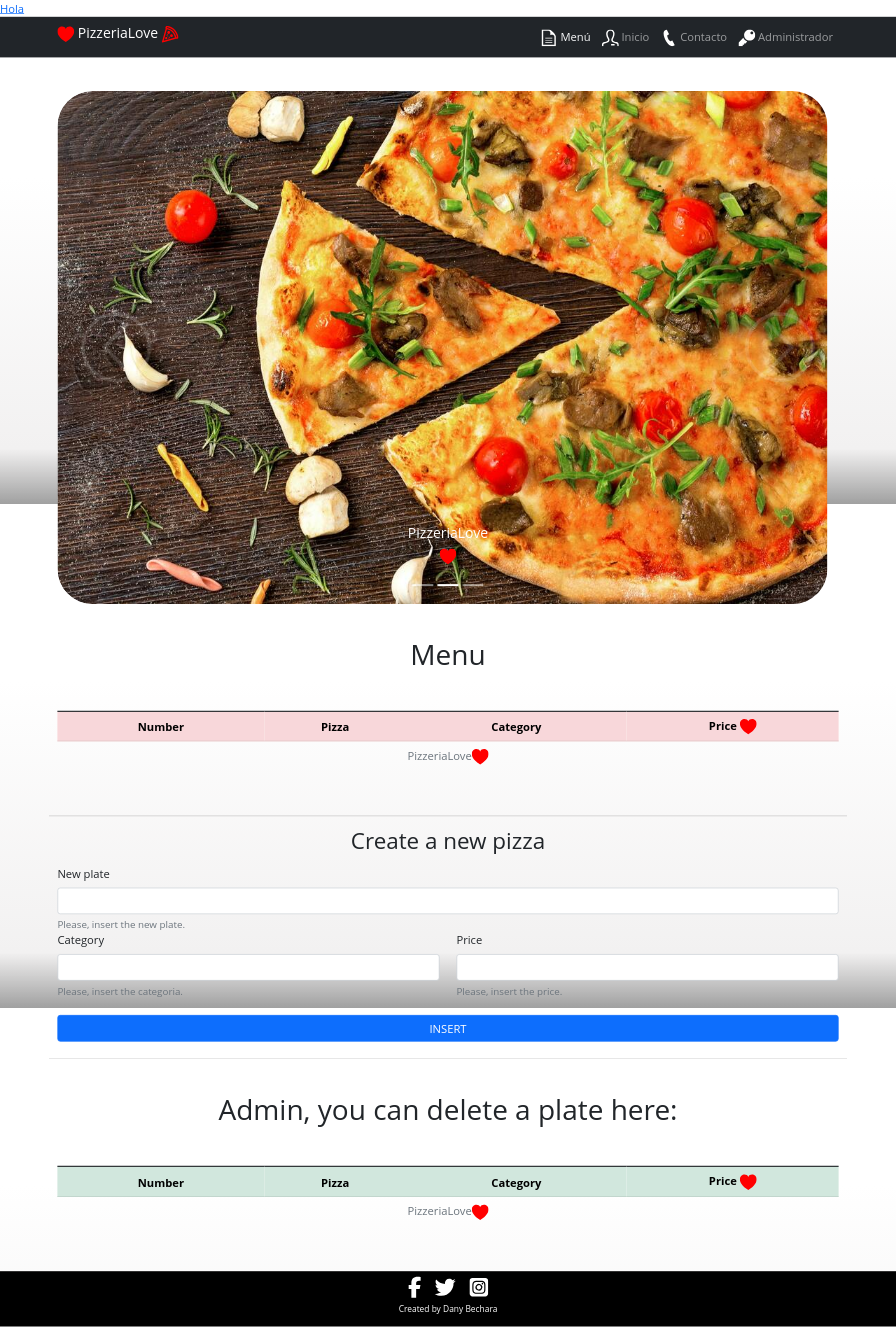
Repository: bechara611/PizzeriaLove
Page: /
The author's editor kept a copy of each file at every save. The page is drawn from the files as they stood at one save, then again after the next save.
The browser window is 1280 px wide. The pictures show the whole page, at 70% of full size.
The page's requests for data from a server got no answer. Backgrounds fixed to the window are drawn as part of the page. The project was rebuilt for these pictures with package versions that can differ from the ones it lists, and the page was loaded fresh each time. No one was signed in, and anything a server would have sent is missing. Also part of the build but not shown: src/App.css, src/App.js, src/Elementos/Alerta.js.

Above is the page before, as saved 2022-02-22 18:54:37.

### src/index.js
import React from 'react';
import ReactDOM from 'react-dom';
import './index.css';
import 'bootstrap/dist/css/bootstrap.css'
import 'bootstrap/dist/js/bootstrap.bundle.min';
import Header from './Componentes/Header';
import {BrowserRouter,Route, Routes,NavLink} from 'react-router-dom'
import {App,App2} from './App';
import WebFont from 'webfontloader'
import './index.css'
import Carousel from './Componentes/Carousel';
import Menu from './Componentes/Menu';
import Footer from './Componentes/Footer';
import { FormularioAgregarMenu } from './Componentes/FormularioAgregarMenu';

WebFont.load({
  google: {
    families: ['Open Sans:400,500,700', 'Sans-serif']
  }
});

const Index = () => {
  return (
  <BrowserRouter>
     <Header></Header>
     <Carousel></Carousel>
    <Routes>
    <Route path='/' element={<Menu />} ></Route>
    <Route path='/inicio' element={<Menu borrar={false} />} ></Route>
    </Routes>
    <FormularioAgregarMenu></FormularioAgregarMenu>
    <Footer></Footer>
    </BrowserRouter>
    );
}


ReactDOM.render(

  <Index />,
  document.getElementById('root')
);

### src/index.css
* {
  margin: 0;
  font-family:'Open Sans';
  /* Permalink - use to edit and share this gradient: https://colorzilla.com/gradient-editor/#ffffff+0,ffffff+100&1+0,0+100;White+to+Transparent */



}


body
{
  background: rgb(255,255,255);
  background: linear-gradient(180deg, rgba(255,255,255,1) 0%, rgba(255,255,255,1) 35%, rgba(242,241,241,1) 89%, rgba(10,10,10,0.38699229691876746) 100%);

  background-attachment:fixed;
}

### src/Componentes/Header.js
import {NavLink} from 'react-router-dom'
import styled from 'styled-components';
import { BotonTipoNavLink,BotonTipoNavLinkA } from '../Elementos/BotonTipoNavLink';
import {Pizza2,Administrador2,Inicio2,Menu2,Contacto2,Heart2}from '../Elementos/ImagenesSVG';
import {App,App2} from './../App';
import './Header.css'


const Header = () => {
    let url1,url2;
    url1="/inicio";
      return (
        <>
      <a href='#' className='color'>Hola</a>
        <nav className="navbar navbar-expand-sm navbar-dark bg-dark  header_nav">
        <div className="container contenedor1 ">
        <div className='hijo1_header'>
         <BotonTipoNavLink to={url1} className="navbar-brand"> <Heart2 / > PizzeriaLove <Pizza2></Pizza2></BotonTipoNavLink>



        </div>
      <div className='hijo2_header'>
        <button
        className="navbar-toggler mt-2"
        type="button"
        data-bs-toggle="collapse"
        data-bs-target="#menu"
        aria-controls="menu"
        aria-expanded="false"
        aria-label="Mostrar / Ocultar Menu"
      >
        <span className="navbar-toggler-icon"></span>
      </button>

      <div className="collapse navbar-collapse" id="menu">
      <ul className="navbar-nav me-auto mb-2 mb-lg-0 header_menu">
      <li className="nav-item opcion"><a href="#menuu" className="nav-link text-light  opcion"><Menu2></Menu2> Menú</a></li>
        <li className="nav-item"><BotonTipoNavLinkA to={url1} className="nav-link"><Inicio2/> Inicio</BotonTipoNavLinkA></li>
        <li className="nav-item"><BotonTipoNavLink to={url1} className="nav-link"> <Contacto2 /> Contacto</BotonTipoNavLink></li>
        <li className="nav-item"><BotonTipoNavLink to={url1} className="nav-link"> <Administrador2 /> Administrador</BotonTipoNavLink></li>
      </ul>

    </div>
    </div>
        </div>

      </nav>

      </>
       );
    }

    export default Header;

### src/Componentes/Carousel.js
import { Heart2 } from '../Elementos/ImagenesSVG'
import imagen1 from './../Imagenes/carousel1.jpg'
import imagen2 from './../Imagenes/carousel2.jpg'
import imagen3 from './../Imagenes/carousel3.jpg'
import './Carousel.css'
const Carousel = () => {
    return (

        <>
<section className="main">
  <div className="container">
    <div className="row mt-5">
      <div className="col">
        <div className="carousel slide carousel-fade" id="mi-carousel" data-bs-ride="carousel">
          <div className="carousel-inner">
            <div className="carousel-item active">
            <div className="carousel-caption">
            <h5>PizzeriaLove</h5>
            <p><Heart2></Heart2></p>
          </div>
              <img className="img-fluid" src={imagen1} alt='' />
            </div>

            <div className="carousel-item" data-bs-interval="5000">
              <div className="carousel-caption">
                <h5>PizzeriaLove</h5>
                <p><Heart2></Heart2></p>
              </div>
              <img className="img-fluid" src={imagen2}  alt=''/>
            </div>
            <div className="carousel-item">
            <div className="carousel-caption">
            <h5>PizzeriaLove</h5>
            <p><Heart2></Heart2></p>
          </div>
            <img className="img-fluid" src={imagen3} alt='' />
            </div>
          </div>



          <button
            className="carousel-control-prev botonprev"
            type="button"
            data-bs-target="#mi-carousel"
            data-bs-slide="prev"
          >
            <span className="carousel-control-prev-icon  icono" aria-hidden="true"></span>
            <span className="visually-hidden">Prev</span>
          </button>
          <button
            className="carousel-control-next"
            type="button"
            data-bs-target="#mi-carousel"
            data-bs-slide="next"
          >
            <span className="carousel-control-next-icon icono" aria-hidden="true"></span>
            <span className="visually-hidden">Next</span>
          </button>




          <div className="carousel-indicators">
            <button
              type="button"
              className="active"
              data-bs-target="#mi-carousel"
              data-bs-slide-to="0"
              aria-label="Slide 1"
            ></button>
            <button
              type="button"
              className=""
              data-bs-target="#mi-carousel"
              data-bs-slide-to="1"
              aria-label="Slide 2"
            ></button>
            <button
              type="button"
              className=""
              data-bs-target="#mi-carousel"
              data-bs-slide-to="2"
              aria-label="Slide 3"
            ></button>
          </div>
        </div>
      </div>
    </div>
  </div>

</section>


        </>
     );
}

export default Carousel;

### src/Componentes/Menu.js
import React,{useState,useEffect} from 'react'
import { Heart2, Trash2 } from '../Elementos/ImagenesSVG';
import { db } from '../Firebase/FirebaseConfig';
import { collection,addDoc,onSnapshot } from 'firebase/firestore';
import './Menu.css'
import useObtenerMenu from '../Hooks/useObtenerMenu';
import BorrarDocumento from '../Firebase/Borrar';

const Menu = ({borrar}) => {
   const [platos,cambiarplatos]=useObtenerMenu();


    return (
        <>
        <div className="container">
        <div className="row my-5">

        <div className="col titulo">
        {borrar===true ?   <h1 className=''>Admin, you can delete a plate here:</h1> :    <h1 className=''>Menu</h1>}

        </div>
        </div>
            <div className="row my-5">

             <div className="table-responsive " id='menuu'>
            <table className="table table-hover table" >
            <caption className='captionMenu'>PizzeriaLove<Heart2></Heart2></caption>
             <thead>
             <tr className={borrar===true?'table-success' : 'table-danger'}>
             <th>Number</th>
             <th>Pizza</th>
             <th>Category </th>
             <th>Price <Heart2></Heart2> </th>
             </tr>
             </thead>
             <tbody>
             {
                 platos.map((plato,index)=>{
                     return <React.Fragment key={index}>
                     <tr onClick={()=>{


                     }} >
                     <td>{index +1}</td>
                     <td>{plato.plato}</td>
                     <td>{plato.categorias}</td>
                     {borrar===true ?    <td>{plato.precio}$  <Trash2 onClick={()=>{
                        if (borrar===true) {
                            BorrarDocumento(plato.id)
                         }
                     }}></Trash2> </td> : <td>{plato.precio}</td> }

                     </tr>
                     </React.Fragment>
                 })
             }
             </tbody>
             </table>
            </div>


            </div>
        </div>

        </>

        )

}

export  default Menu;

### src/Componentes/Footer.js
import styled from "styled-components";
import './Footer.css'
import { FontAwesomeIcon } from '@fortawesome/react-fontawesome'
import { faCoffee } from '@fortawesome/free-solid-svg-icons'
import {  faFacebookF,faInstagramSquare,faTwitter } from '@fortawesome/free-brands-svg-icons';
import useObtenerMenu from "../Hooks/useObtenerMenu";


const Footer = () => {
    let face='https://www.facebook.com';
    let insta='https://www.instagram.com';
    let twitter='https://www.twitter.com';
    let nuevaPestana="_blank"

    return (
        <>
        <div className="container-fluid " id="menuu">
        <div className="row fila">
        <footer className="col-12 footer">
        <a href={face} target={nuevaPestana} className='face'><FontAwesomeIcon icon={faFacebookF}/></a>
        <a href={twitter} target={nuevaPestana} className='twitter'><FontAwesomeIcon icon={faTwitter}/></a>
        <a href={insta} target={nuevaPestana} className='instagram'><FontAwesomeIcon icon={faInstagramSquare}/></a>

        </footer>
        <p className="col-12">Created by Dany Bechara</p>
        </div>
        </div>
        </>
     );
}

export default Footer;

### src/Componentes/FormularioAgregarMenu.js
import './FormularioAgregarMenu.css'
import React,{useEffect,useState} from 'react'
import styled from 'styled-components'
import { db,app } from '../Firebase/FirebaseConfig';
import { addDoc,collection } from 'firebase/firestore';
import Alerta from '../Elementos/Alerta';
import Menu from './Menu';





const FormularioAgregarMenu = () => {
    const [platos2,cambiarplatos2]=useState([{}])
    const [precio,cambiarPrecio]=useState('');
    const [categoria,cambiarCategoria]=useState('');
    const [plato,cambiarPlato]=useState('');
    const [AlertaGenerada,CambiarAlertaGenerada]=useState(false);

    const Registrar =async () => {
        try {
            await addDoc(collection(db,'menu'),
        {
            categorias:categoria,
            plato:plato,
            precio:precio
        })
        cambiarPlato('');
        cambiarCategoria('');
        cambiarPrecio('')
        CambiarAlertaGenerada(true);
        } catch (error) {
            console.log(error)
        }

    }



    return (
        <>
        <div className="container my-1 contenedor_formulario">
     <h2 className='my-3 text-center'>Create a new pizza</h2>
     {AlertaGenerada && <Alerta CambiarAlertaGenerada={CambiarAlertaGenerada} valorr={3}></Alerta>}
        <form action="" className='' onSubmit={(e)=>{
            e.preventDefault();
            Registrar();
        }}>
        <div className="row">
        <div className="col-12">
        <label htmlFor='plato' className="form-label">New plate</label>
            <input value={plato} required type="text" className='form-control' name="plato" id="plato" aria-describedby='ayuda-plato'
            onChange={(e)=>{
                cambiarPlato(e.target.value)
            }}/>
            <div id="ayuda-plato" className="form-text">
            Please, insert the new plate.
            </div>
            </div>
            <div className="col-6">
            <label htmlFor='categorias' className="form-label">Category</label>
            <input required value={categoria} type="text" className='form-control' name="categorias" id="categorias" aria-describedby='ayuda-categorias'
            onChange={(e)=>{
                cambiarCategoria(e.target.value)
            }} />
            <div id="ayuda-plato" className="form-text">
            Please, insert the categoria.
            </div>
            </div>
            <div className="col-6">
            <label htmlFor='precio' className="form-label">Price</label>
            <input required value={precio} type="text" className='form-control' name="precio" id="precio" aria-describedby='ayuda-number'
             onChange={(e)=>{
                cambiarPrecio(e.target.value.replace(/[^0-9.]/g,''));
            }}/>
            <div id="ayuda-number" className="form-text">
            Please, insert the price.
            </div>

            </div>




        </div>
        <div className="row">
        <div className="col-12 my-4">  <button type='submit' className=' btn btn-primary col-12'>INSERT</button></div>
        </div>
            </form>
        </div>

        <Menu borrar={true}></Menu>
        </>
         );

}

export {FormularioAgregarMenu}

### src/Elementos/BotonTipoNavLink.js
import styled from "styled-components"
import { NavLink } from "react-router-dom"
    const BotonTipoNavLink = styled(NavLink)`
    &:hover
    {
      text-decoration: underline;
      color: black;
    }
    `

    const BotonTipoNavLinkA=styled(BotonTipoNavLink)`
    text-decoration: none;
      color: black;
      cursor:pointer;
    `
    export {BotonTipoNavLink,BotonTipoNavLinkA}

### src/Elementos/ImagenesSVG.js
import styledComponents from 'styled-components';
import {ReactComponent as Pizza} from './../Imagenes/Pizza.svg'
import {ReactComponent as Inicio} from './../Imagenes/Inicio.svg'
import {ReactComponent as Menu} from './../Imagenes/Menu.svg'
import {ReactComponent as Administrador} from './../Imagenes/Administrador.svg'
import {ReactComponent as Contacto} from './../Imagenes/Contacto.svg'
import {ReactComponent as Heart} from './../Imagenes/Heart.svg'
import {ReactComponent as Trash} from './../Imagenes/Trash.svg'
const Pizza2 = styledComponents(Pizza)`
font-size:10px;
z-index: 1;
color:white;
fill:red;

`;
const Inicio2 = styledComponents(Inicio)`
font-size:10px;
z-index: 1;
color:white;
fill:white;

`;
const Menu2 = styledComponents(Menu)`
font-size:10px;
z-index: 1;
color:white;
fill:white;

`;
const Administrador2 = styledComponents(Administrador)`
font-size:10px;
z-index: 1;
color:white;
fill:white;

`;

const Contacto2 = styledComponents(Contacto)`
font-size:10px;
z-index: 1;
color:white;
fill:white;

`;

const Heart2 = styledComponents(Heart)`
font-size:10px;
z-index: 1;
color:white;
fill:red;

`;

const Trash2=styledComponents(Trash)`
fill:blue;
cursor:pointer;
`

export {Pizza2,Administrador2,Inicio2,Menu2, Contacto2,Heart2,Trash2}

### src/Componentes/Header.css

*{
   box-sizing: border-box;
   margin: 0;
   padding: 0;


}
.header_nav2
{
    /* margin-top: -8px; */
    background: -moz-linear-gradient(top,  rgba(211,126,128,1) 0%, rgba(146,171,207,0) 76%, rgba(134,179,222,0) 90%, rgba(125,185,232,0) 100%); /* FF3.6-15 */
background: -webkit-linear-gradient(top,  rgba(211,126,128,1) 0%,rgba(146,171,207,0) 76%,rgba(134,179,222,0) 90%,rgba(125,185,232,0) 100%); /* Chrome10-25,Safari5.1-6 */
background: linear-gradient(to bottom,  rgba(211,126,128,1) 0%,rgba(146,171,207,0) 76%,rgba(134,179,222,0) 90%,rgba(125,185,232,0) 100%); /* W3C, IE10+, FF16+, Chrome26+, Opera12+, Safari7+ */
filter: progid:DXImageTransform.Microsoft.gradient( startColorstr='#d37e80', endColorstr='#007db9e8',GradientType=0 ); /* IE6-9 */


}
body
{
    /* background: url(./../Imagenes/textura.png);
	background-repeat: repeat;
	background-attachment: fixed; */
}

.nav
{


}

.contenedor12
{

    /* min-height: 300px;  */
}

.hijo1_header
{
    align-self: start;
    /* margin-top: 2%; */

}
.hijo2_header
{
    /* margin-top: 2%; */
    align-self: start;
}
.header_menu
{

}

.opcion
{
text-decoration: dotted;
display: inline-block;
opacity: 1;

}



.opcion:hover
{
    text-decoration: underline;
}

.opcion:link
{
color: green;
}

### src/Componentes/Carousel.css
.carousel-inner{border-radius: 50px;}
.carousel-item{border-radius: 50px;}
.img-fluid{border-radius: 50px;}
.icono {
    height: 100px;
    width: 100px;

      /*shape border*/
      border: 5px solid white;
      border-radius: 50%; /*zero for square */
      opacity: 0.3;
      /*symbol */
      color: BLACK;



}
.icono:hover{opacity: 1;}

### src/Firebase/FirebaseConfig.js
import { initializeApp } from "firebase/app";
import { getAnalytics } from "firebase/analytics";
import { getFirestore } from "firebase/firestore";
import { getAuth, createUserWithEmailAndPassword } from "firebase/auth";

const firebaseConfig2 = {
    apiKey: "AIzaSyDhYuWK_8Uy4S-BtkFmFfityIjQnt4M3Is",
    authDomain: "pizzerialove-00.firebaseapp.com",
    projectId: "pizzerialove-00",
    storageBucket: "pizzerialove-00.appspot.com",
    messagingSenderId: "356504995914",
    appId: "1:356504995914:web:c5fee404edbf5f32affeb3",
    measurementId: "G-CK1N9HMEKD"
  };


    const firebaseConfig = {
      apiKey:process.env.REACT_APP_FIREBASE_API_KEY,
      authDomain:process.env.REACT_APP_FIREBASE_AUTH_DOMAIN,
      projectId:process.env.REACT_APP_FIREBASE_PROJECT_ID,
      storageBucket:process.env.REACT_APP_FIREBASE_STORAGE_BUCKET,
      messagingSenderId:process.env.REACT_APP_FIREBASE_MESSAGING_SENDER_ID,
      appId:process.env.REACT_APP_FIREBASE_APP_ID,
      measurementId:process.env.REACT_APP_FIREBASE_MEASUREMENT_ID
    };



// Initialize Firebase
const app = initializeApp(firebaseConfig);
const analytics = getAnalytics(app);
const db= getFirestore();
const auth=getAuth();

export {app,analytics,db,auth};

### src/Componentes/Menu.css
.captionMenu
{
    text-align: center;
}

.titulo{text-align: center;}

td{text-align: center;}
th{text-align: center;}

.basurita{background: black;}

### src/Hooks/useObtenerMenu.js
import React,{useEffect,useState} from 'react'
import { db } from '../Firebase/FirebaseConfig';
import { collection,onSnapshot } from 'firebase/firestore';

const useObtenerMenu = () => {
    const [platos,cambiarplatos]=useState([{}])
    useEffect(()=>{

            const FuncionObtenerMenu=onSnapshot(collection(db,'menu'), (snapShot)=>{

               let vectormenu=snapShot.docs.map((documento)=>{
                  // console.log(documento.id)
                    return {...documento.data(),id:documento.id}
                })
              //  console.log(vectormenu);
                cambiarplatos(vectormenu)
            })





          },[])
          return [platos,cambiarplatos]
}

export default useObtenerMenu;

### src/Firebase/Borrar.js
import { db,app } from './FirebaseConfig'
import {doc,deleteDoc, } from 'firebase/firestore'
const BorrarDocumento =async (id) => {
  try {
  await deleteDoc(doc(db,'menu',id));

   } catch (error) {
    console.log(error)
   }

}

export default BorrarDocumento;

### src/Componentes/Footer.css
.footer
{
    display: flex;
    flex-direction: row;
    justify-content: center;

}
.fila
{
    display: flex;
    justify-content: center;
    text-align: center;
    background: black;
    font-size: 12px;
}
.fila p
{

color: white;
}
.footer a{
    text-decoration: none;
font-size: 30px;
display: inline-block;
color: white;
margin: 0 10px;
}
.face:hover{color: blue;}
.twitter:hover{color: lightblue;}
.instagram:hover{color:#fcaf45}

### src/Componentes/FormularioAgregarMenu.css
.contenedor_formulario
{
    border-top: 1px solid rgba(15, 15, 15, 0.2);

    border-bottom: 1px solid rgba(15, 15, 15, 0.2);
}

Loaded but not shown: public/index.html (common file)

After the next save:
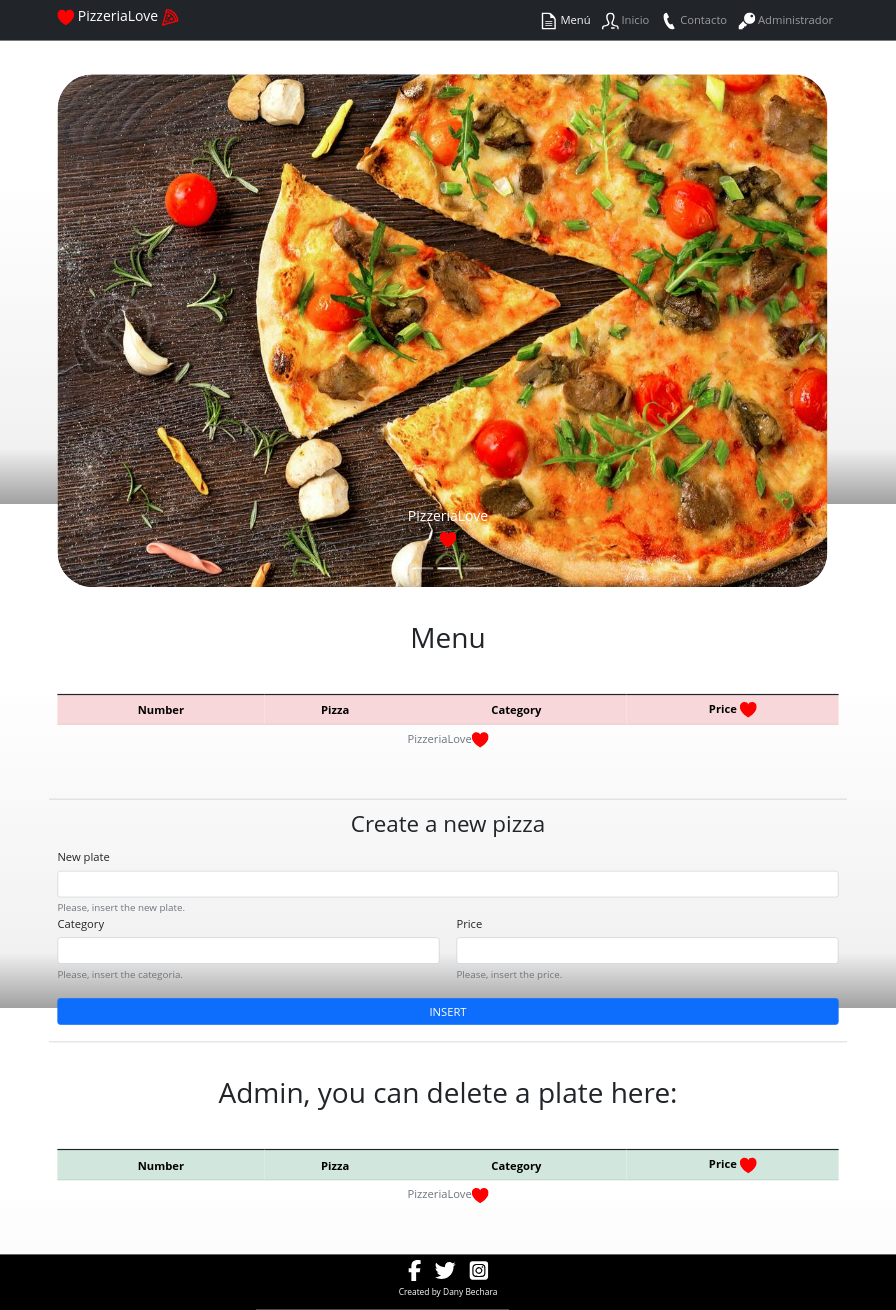
Saved 62 s later.
--- a/src/Componentes/Header.js
+++ b/src/Componentes/Header.js
@@ -11,7 +11,7 @@ const Header = () => {
     url1="/inicio";
       return (
         <>
-      <a href='#' className='color'>Hola</a>
+
         <nav className="navbar navbar-expand-sm navbar-dark bg-dark  header_nav">
         <div className="container contenedor1 ">
         <div className='hijo1_header'>
